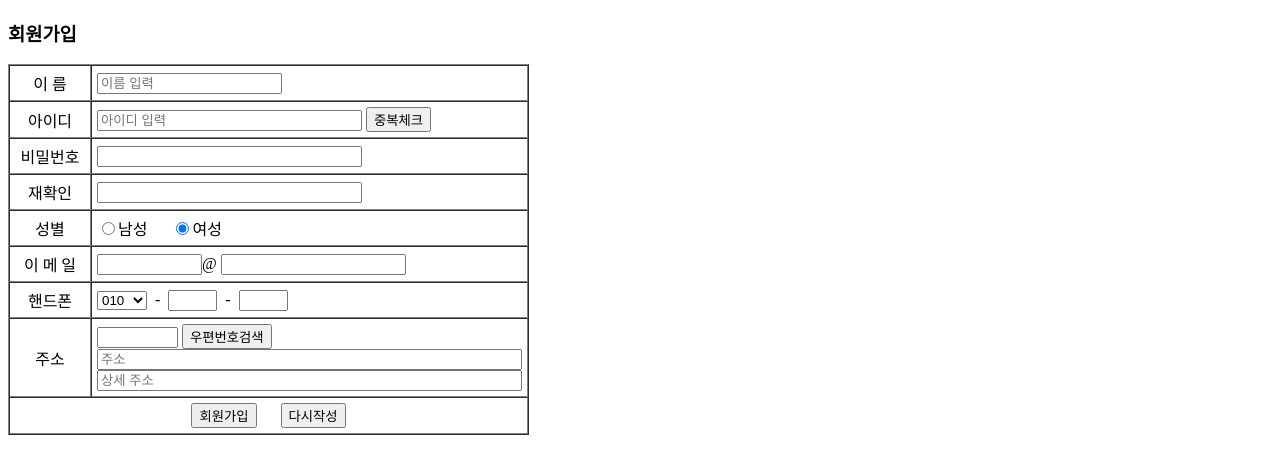
Repository: dahye1013/java-basic-learning
Page: http://localhost/memberJSP/member/writeForm.jsp
The author's editor kept a copy of each file at every save. The page is drawn from the files as they stood at one save, then again after the next save.
The browser window is 1280 px wide. The pictures show the whole page.
The page is served by Tomcat 9.

Above is the page before, as saved 2020-06-04 08:13:59.

After the next save:
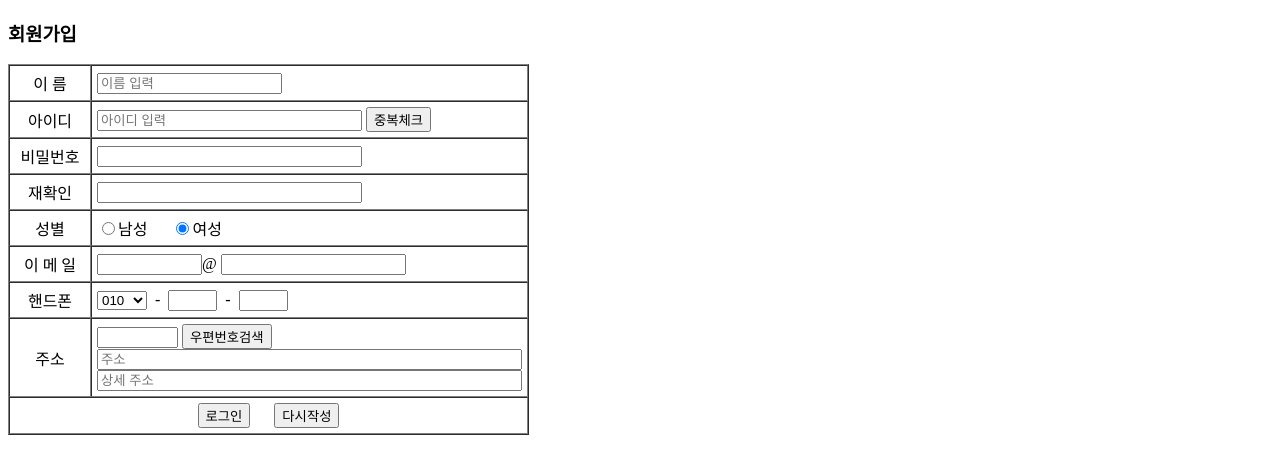
Saved 21 s later.
--- a/memberJSP/WebContent/member/writeForm.jsp
+++ b/memberJSP/WebContent/member/writeForm.jsp
@@ -74,7 +74,7 @@
 			<tr>
 				<!--9행-->
 				<td colspan="2" align="center">
-				<input type="button" value="회원가입" onclick="checkWriteForm()"> &emsp;
+				<input type="button" value="로그인" onclick="checkWriteForm()"> &emsp;
 			    <input type="reset" value="다시작성">
 				</td>
 			</tr>

After the save that followed:
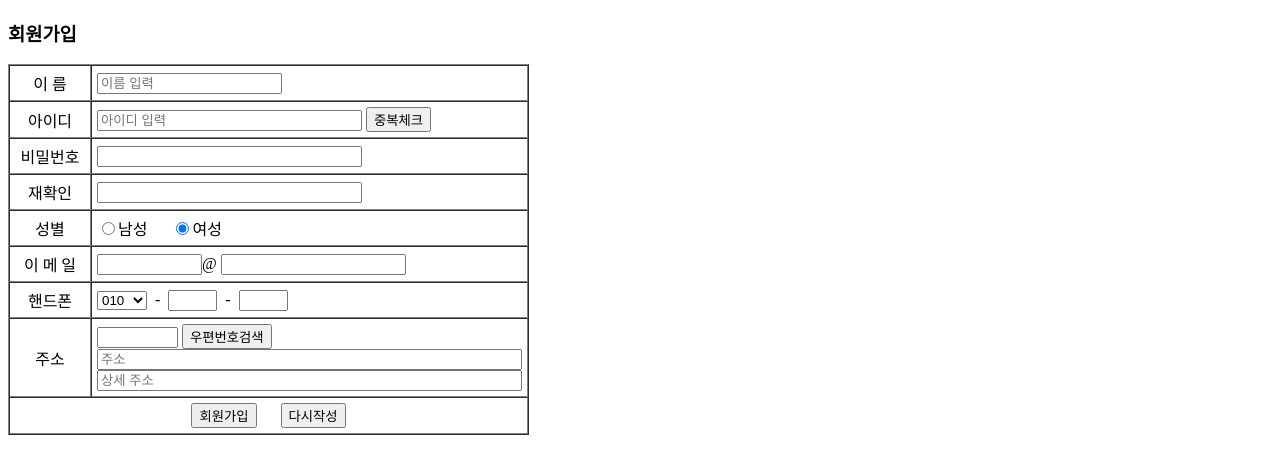
Saved 7 s later.
--- a/memberJSP/WebContent/member/writeForm.jsp
+++ b/memberJSP/WebContent/member/writeForm.jsp
@@ -74,7 +74,7 @@
 			<tr>
 				<!--9행-->
 				<td colspan="2" align="center">
-				<input type="button" value="로그인" onclick="checkWriteForm()"> &emsp;
+				<input type="button" value="회원가입" onclick="checkWriteForm()"> &emsp;
 			    <input type="reset" value="다시작성">
 				</td>
 			</tr>
